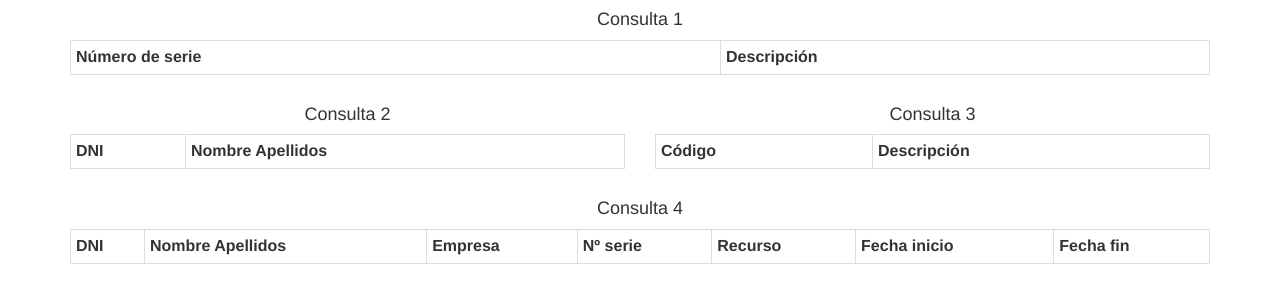
Repository: Myugen/EjercicioPHP
Page: http://localhost/
These files come from the project's save history. The page is drawn as it stood at one moment and after the next save; the edit follows.
The browser window is 1280 px wide. The pictures show the whole page.
Some web libraries are served in a nearby version. The page is run by PHP 8.4 with error messages shown; the project is at /var/www/html/. Queries for data that is not in the repository find no rows.

Above is the page before, as saved 2015-11-20 08:27:44.

After the next save:
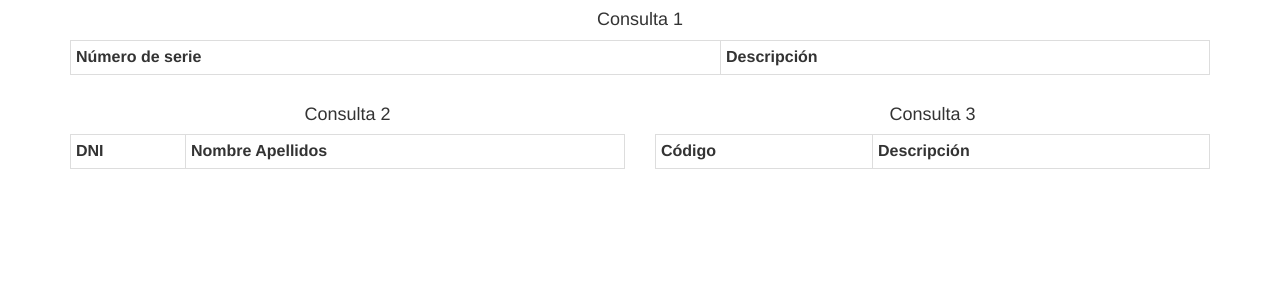
Saved 17 s later.
--- a/Examen2PHP/index.php
+++ b/Examen2PHP/index.php
@@ -85,33 +85,6 @@
 			?>
 		</div>
 	</div>
-	<div class="row">
-		<div class="col-md-12">
-			<h4>Consulta 4</h4>
-			<?php
-			$consulta4 = "SELECT p.DNI, p.Nombre_y_apellidos, e.descripcion, r.NumSerie,
-		                         r.descripcion, t.fecha_inicio, t.fecha_fin
-		                  FROM tiempo_uso as t,profesionales as p,recursos as r,empresas as e
-		                  WHERE t.DNI = p.DNI AND t.NumSerie = r.NumSerie
-		                        AND p.empresa = e.Codigo AND r.empresa = e.Codigo";
-			if($resultado = $conexion->query($consulta4)) {
-				echo "<table class='table table-condensed table-bordered table-hover'>";
-				echo "<tr><th>DNI</th><th>Nombre Apellidos</th><th>Empresa</th><th>Nº serie</th>
-		              <th>Recurso</th><th>Fecha inicio</th><th>Fecha fin</th></tr>";
-				while($row = $resultado->fetch_row()){
-					echo "<tr><td>" . utf8_encode($row[0]) . "</td><td>" . utf8_encode($row[1]) . "</td>
-						  <td>" . utf8_encode($row[2]) . "</td><td>" . utf8_encode($row[3]) . "</td>
-			              <td>" . utf8_encode($row[4]) . "</td><td>" . utf8_encode($row[5]) . "</td>
-			              <td>" . utf8_encode($row[6]) . "</td></tr>";
-				}
-				echo "</table>";
-			}
-			else {
-				echo "<p class='text-danger'>Consulta no resuelta. Error $conexion->errno : $conexion->error </p><br>";
-			}
-			?>
-		</div>
-	</div>
 	</div>
 </body>
 </html>
